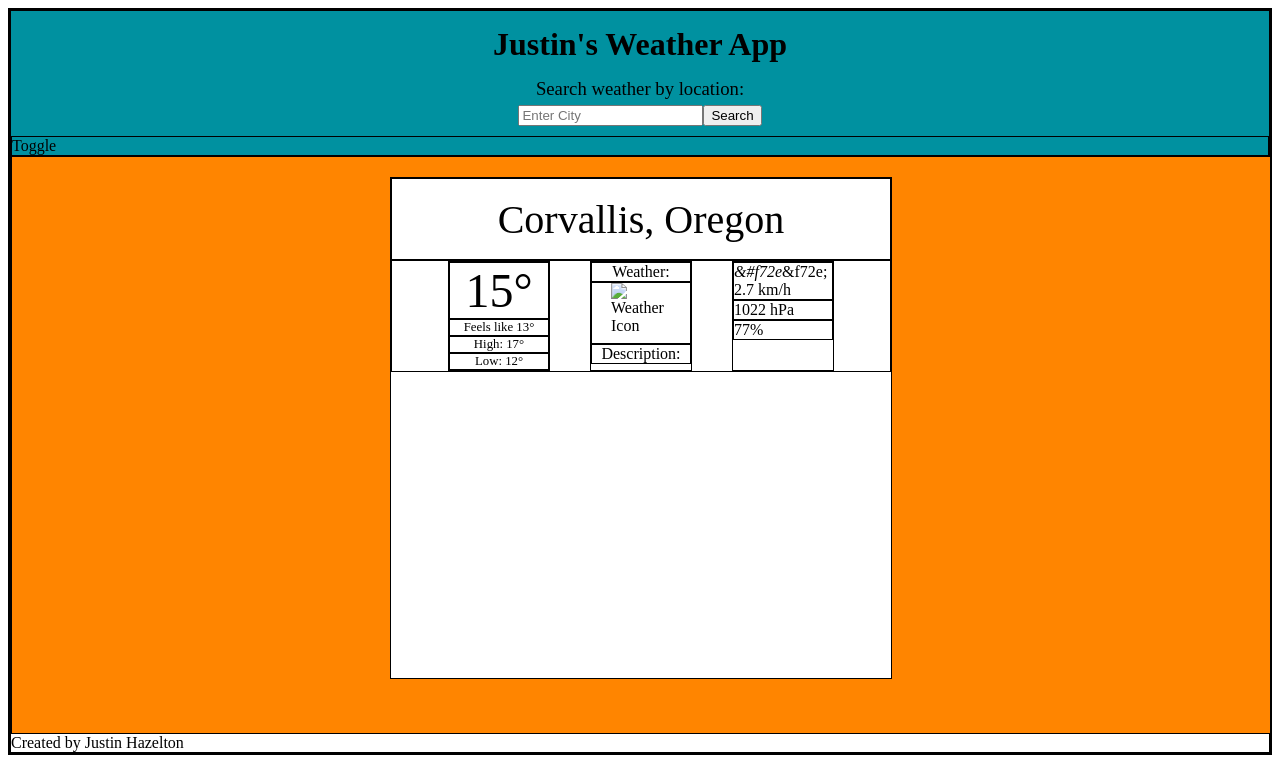
Repository: J-Haze/Weather
Page: /
These files come from the project's save history. The page is drawn as it stood at one moment and after the next save; the edit follows.
The browser window is 1280 px wide. The pictures show the whole page.
The project was rebuilt for these pictures with package versions that can differ from the ones it lists, and the page was loaded fresh each time. Also part of the build but not shown: src/index.css.

Above is the page before, as saved 2020-09-06 21:08:53.

After the next save:
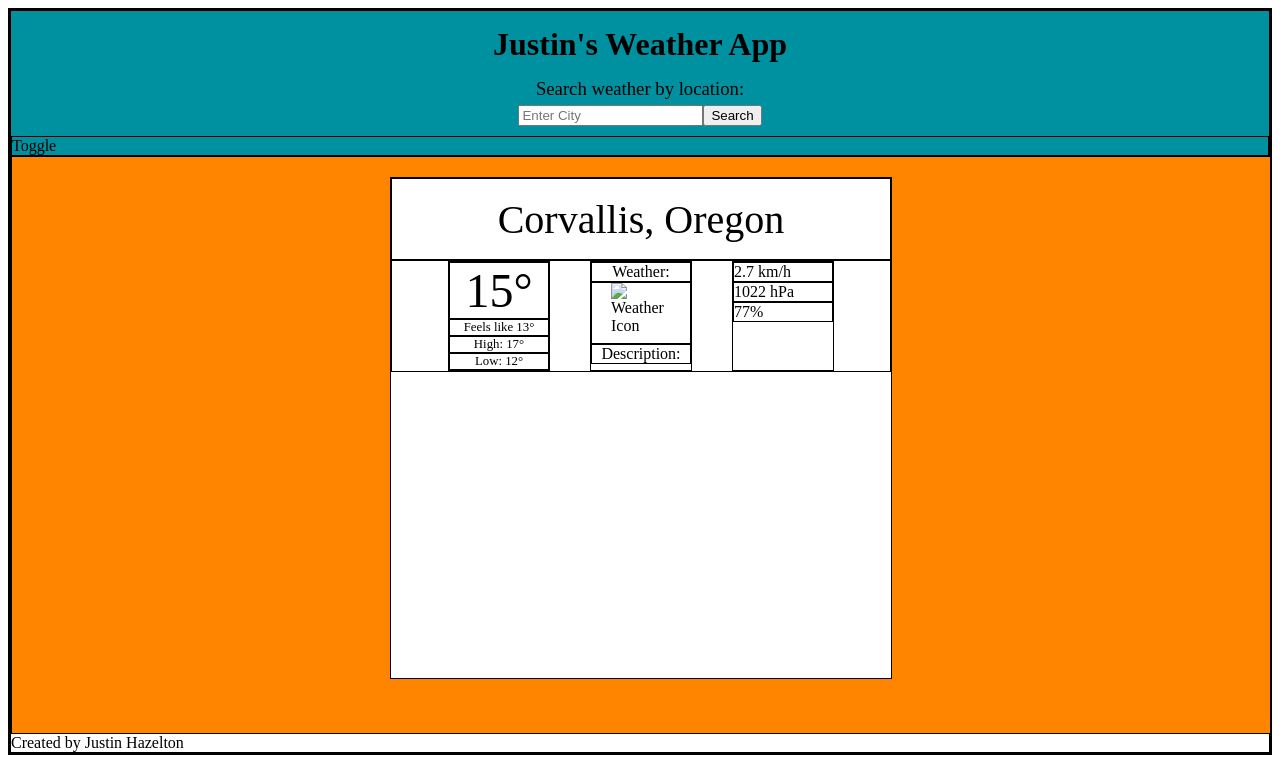
Saved 27 s later.
--- a/src/components/Weather.js
+++ b/src/components/Weather.js
@@ -4,6 +4,7 @@ import { useState, useEffect } from 'react';
 import "../App.css";
 // import { getIconClass, makeDate } from '../Helpers';
 import '../../node_modules/font-awesome/css/font-awesome.min.css';
+
 
 //Weather Icons
 import sun from '../assets/icons/01n.png'
@@ -166,7 +167,7 @@ const Weather = () => {
                         </div>
 
                         <div className="other-container">
-                            <div className="wind"><i class="fas fa-wind">&#f72e</i>&f72e; 2.7 km/h {wind}</div>
+                            <div className="wind"><i class="fas fa-wind"></i> 2.7 km/h {wind}</div>
                             <div className="pressure">1022 hPa {pressure}</div>
                             <div className="humidity">77% {humidity}</div>
                         </div>
